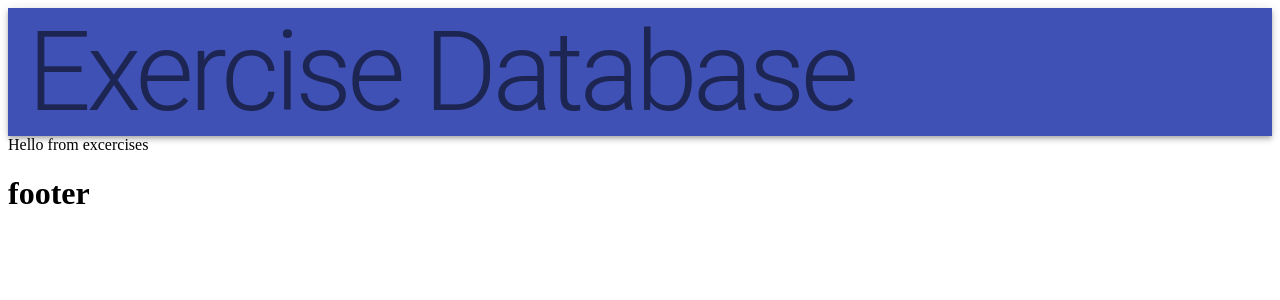
Repository: Votex874/material-ui
Page: /
An editor plug-in stored every save of this project. The page is shown before and after the next save, followed by the edit.
The browser window is 1280 px wide. The pictures show the whole page.
The project was rebuilt for these pictures with package versions that can differ from the ones it lists, and the page was loaded fresh each time.

Above is the page before, as saved 2019-03-23 17:21:57.

After the next save:
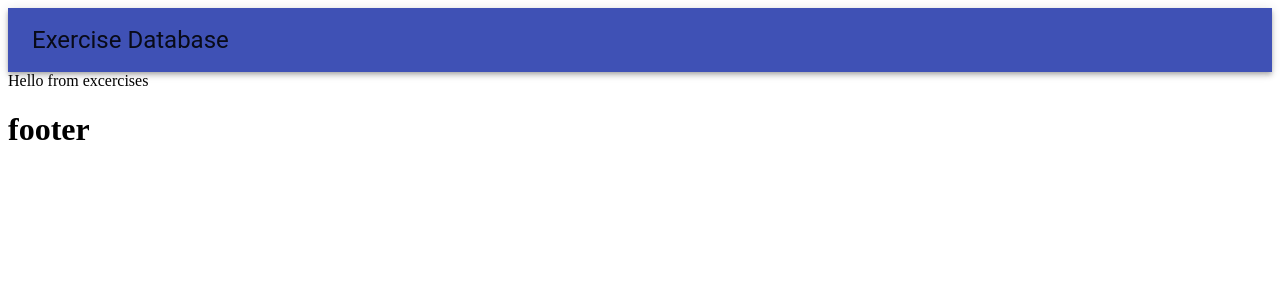
Saved 12 s later.
--- a/src/Components/Layouts/Header.js
+++ b/src/Components/Layouts/Header.js
@@ -6,7 +6,7 @@ const Header = props => {
   return (
     <AppBar position="static">
       <Toolbar>
-        <Typography variant="display4">Exercise Database</Typography>
+        <Typography variant="headline">Exercise Database</Typography>
       </Toolbar>
     </AppBar>
   );
